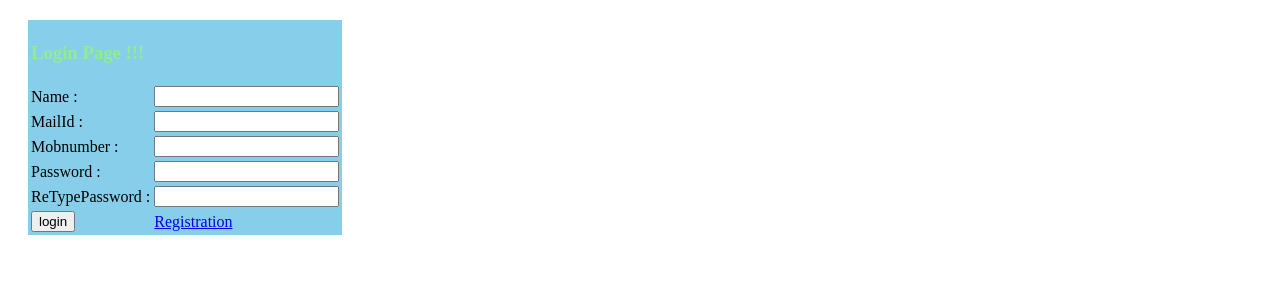
Repository: priyagund/jspServlet
Page: http://localhost/MyFirstLogin/register.jsp
The author's editor kept a copy of each file at every save. The page is drawn from the files as they stood at one save, then again after the next save.
The browser window is 1280 px wide. The pictures show the whole page.
The page is served by Tomcat 9.

Above is the page before, as saved 2019-10-10 06:15:46.

After the next save:
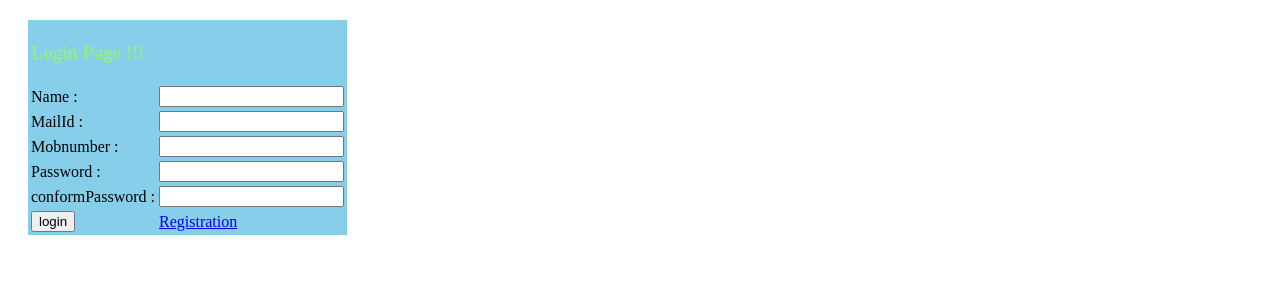
Saved 21 s later.
--- a/MyFirstLogin/WebContent/register.jsp
+++ b/MyFirstLogin/WebContent/register.jsp
@@ -32,7 +32,7 @@
 			<td><input type="password" name="password"></td>
 		</tr>
 		<tr>
-			<td>ReTypePassword :</td>
+			<td>conformPassword :</td>
 			<td><input type="password" name="password"></td>
 		</tr>
 		<tr>
